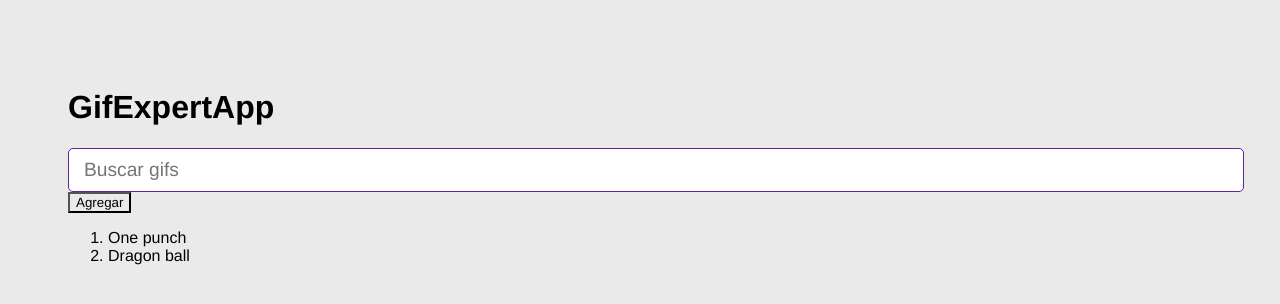
Repository: mmg0206/react-gif-expert
Page: /
An editor plug-in stored every save of this project. The page is shown before and after the next save, followed by the edit.
The browser window is 1280 px wide. The pictures show the whole page.
The project was rebuilt for these pictures with package versions that can differ from the ones it lists, and the page was loaded fresh each time. Also part of the build but not shown: vite.config.js.

Above is the page before, as saved 2024-04-13 19:39:48.

### src/main.jsx
import React from 'react'
import ReactDOM from 'react-dom/client'
import { GifExpertApp } from './GifExpertApp.jsx'
import './styles.css';


ReactDOM.createRoot(document.getElementById('root')).render(
  <React.StrictMode>
    <GifExpertApp/>
  </React.StrictMode>
)

### src/GifExpertApp.jsx
import { useState } from "react";
import {AddCategory} from "./components/AddCategory";

export const GifExpertApp = () => {
  // const apiKey ='Ls33XwmjLip5m9fo9lFfzjgpz7a8Isa8';
  const [categories, setCategories] = useState(['One punch', 'Dragon ball']);

  const onAddCategory =(newValue)=>{
    setCategories(categories.concat(newValue));
  }


  return (
    <>
      {/* titulo */}
      <h1>GifExpertApp</h1>

      {/* input */}
      <AddCategory />

      {/* listado de gifs */}
      <button onClick={()=>onAddCategory('Valorant')}>Agregar</button>
      <ol>
        {
          categories.map(el =>{
              return <li key={el}>{el}</li>
          })
        }
      </ol>
        {/* Gif item */}
    </>
  )
}

### src/components/AddCategory.jsx
import { useState } from "react"

export const AddCategory = () => {
    const [inputValue, setInputValue] = useState('');
    const onInputChange = (value)=>{
        setInputValue(value)
    }

    const onSubmit = (event) =>{
        event.preventDefault();
        console.log(inputValue);
    }

    return (
        <form onSubmit={(e)=>onSubmit(e)}>
            <input
                type="text"
                placeholder="Buscar gifs"
                value={inputValue}
                onChange={(e)=>onInputChange(e.target.value)}
            />
        </form>
    )
}

Loaded but not shown: index.html (common file); src/styles.css (common file)

After the next save:
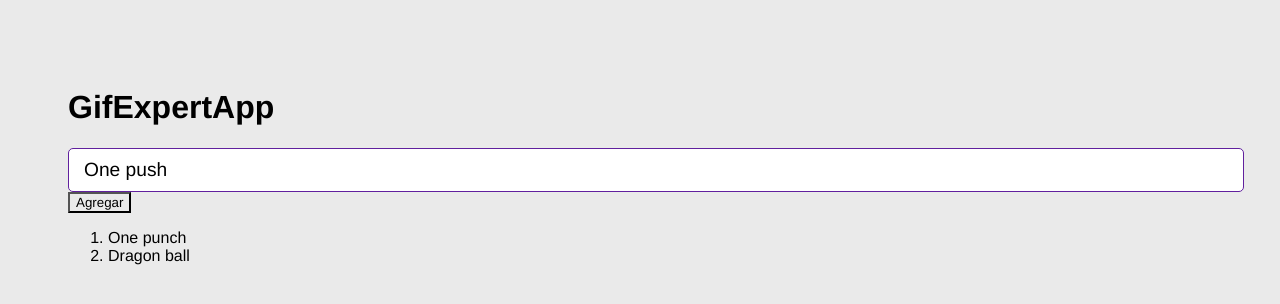
Saved 12 min 59 s later.
--- a/src/components/AddCategory.jsx
+++ b/src/components/AddCategory.jsx
@@ -1,7 +1,7 @@
 import { useState } from "react"
 
 export const AddCategory = () => {
-    const [inputValue, setInputValue] = useState('');
+    const [inputValue, setInputValue] = useState('One push');
     const onInputChange = (value)=>{
         setInputValue(value)
     }
